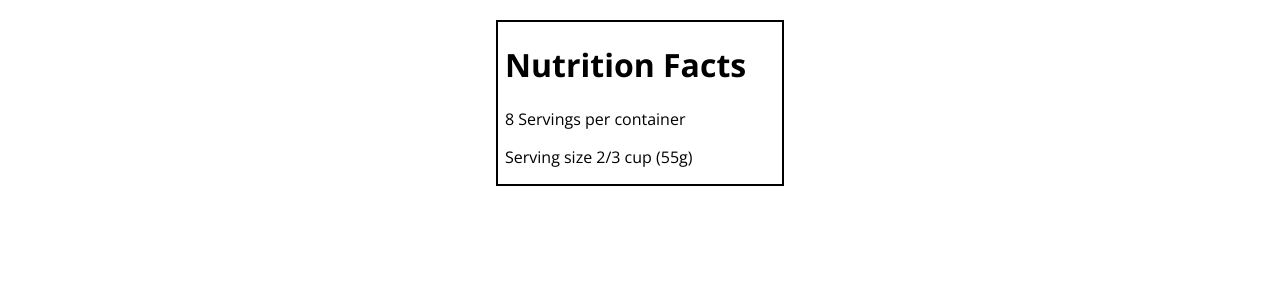
Repository: Lungdjos/typography
Page: index.html
These files come from the project's save history. The page is drawn as it stood at one moment and after a run of saves; the edit follows.
The browser window is 1280 px wide. The pictures show the whole page.

Above is the page before, as saved 2023-10-28 00:56:03.

### index.html
<!DOCTYPE html>
<html lang="en">

<head>
    <meta charset="UTF-8">
    <meta name="viewport" content="width=device-width, initial-scale=1.0">
    <title>Nutrition Label</title>
    <link rel="stylesheet" href="styles.css">
    <link rel="stylesheet" href="https://fonts.googleapis.com/css?family=Open+Sans:400,700,800">
</head>

<body>
    <div class="label">
        <h1>Nutrition Facts</h1>
        <p>8 Servings per container</p>
        <p>Serving size 2/3 cup (55g)</p>
    </div>

</body>

</html>

### styles.css
body {
    font-family: "Open Sans", sans-serif;
}

html {
    font-size: 16px;
}

.label {
    border: 2px solid black;
    width: 270px;
    margin: 20px auto;
    padding: 0 7px;
}

* {}

After the next 3 saves:
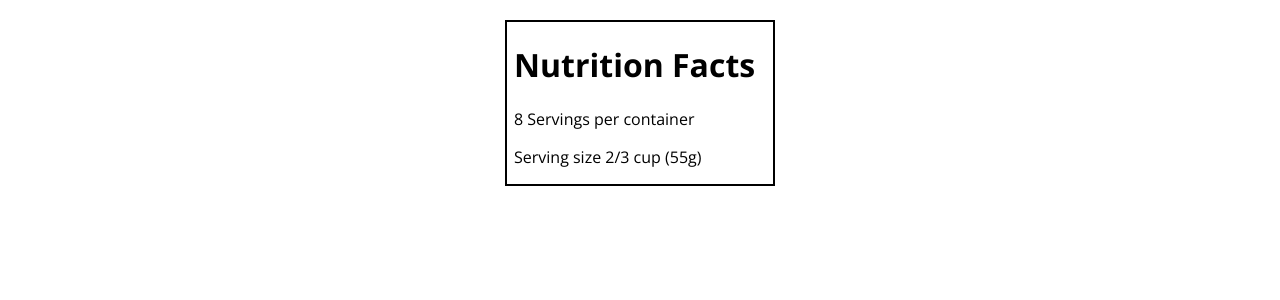
The 3 saves are shown as one change because they came seconds apart.
The last was saved 7 s later.
--- a/styles.css
+++ b/styles.css
@@ -13,4 +13,6 @@ html {
     padding: 0 7px;
 }
 
-* {}
+* {
+    box-sizing: border-box;
+}
